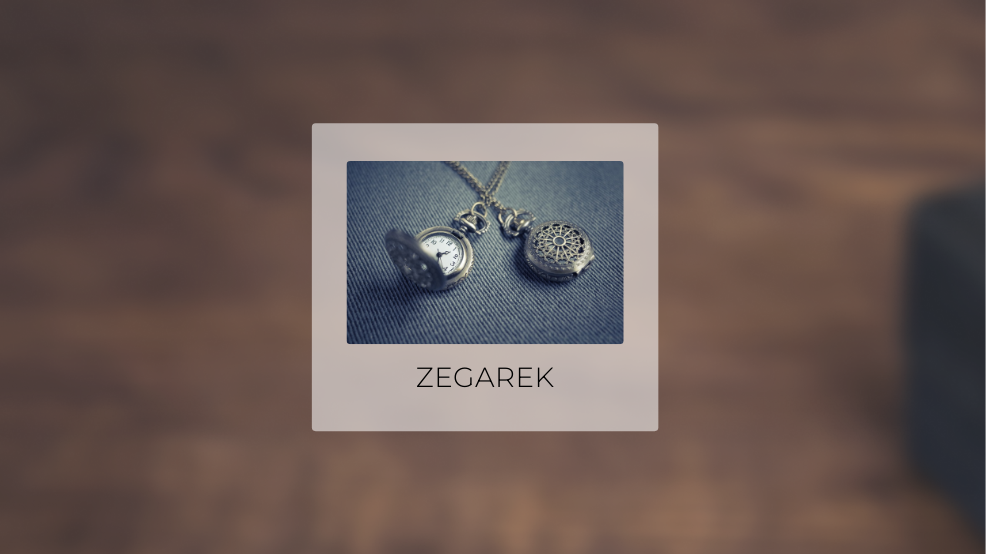
Repository: Rickardo198/prezent
Page: index.html
These files come from the project's save history. The page is drawn as it stood at one moment and after the next save; the edit follows.
The browser window is 1280 px wide. The pictures show the whole page, at 77% of full size.

Above is the page before, as saved 2020-10-25 21:22:54.

### index.html
<!DOCTYPE HTML>
<html>
<head>
    <title>Wszystkiego najlepszego!</title>
    <meta charset="utf-8">
    <style>
        @import url('https://fonts.googleapis.com/css2?family=Montserrat:wght@300&display=swap');
        *{
            margin: 0;
            padding: 0;
        }
        body{
            width: calc(100vw - 20px);
            height: 100vh;
            background: url("bg.png");
            box-sizing: border-box;
            font-family: 'Montserrat', sans-serif;
            display: flex;
            align-items: center;
            justify-content: center;
        }
        .wrapper{
            max-width: 1200px;
            display: flex;
            flex-flow: row wrap;
            align-items: center;
            align-items: center;
        }
        .cardWrapper{
            width: 450px;
            height: 400px;
            position: relative;
            display: flex;
            flex-direction: column;
            align-items: center;
            justify-content: center;

        }
        .bgWrapper{
            width: 100%;
            height: 100%;
            position: absolute;
            top:0;
            left: 0;
            background: rgba(255, 255, 255, .55);
            filter: blur(30);
            z-index: -1;
            border-radius: 5px;
        }
        .wrapperImg{
            width: 80%;
            border-radius: 5px;
        }
        .wrapperTitle{
            margin-top: 20px;
            font-size: 36px;
            letter-spacing: .6px;
        }
    </style>
</head>
<body>
    <div class="wrapper">
        <div class="cardWrapper">
            <div class="bgWrapper"></div>
            <img src="img.png" alt="obrazki" class="wrapperImg">
            <p class="wrapperTitle">ZEGAREK</p>
        </div>
    </div>
</body>
</html>

After the next save:
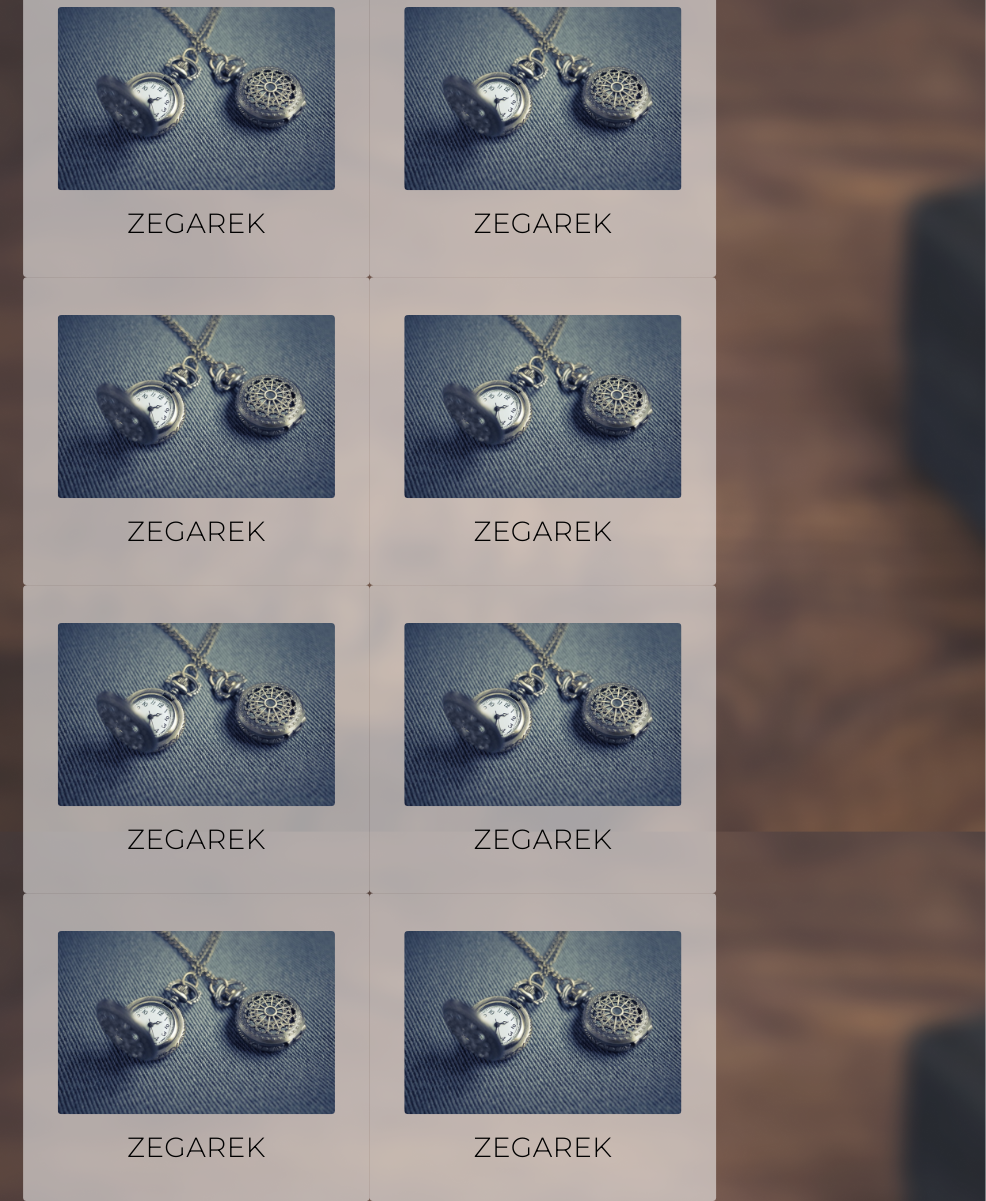
Saved 51 s later.
--- a/index.html
+++ b/index.html
@@ -65,6 +65,58 @@
             <img src="img.png" alt="obrazki" class="wrapperImg">
             <p class="wrapperTitle">ZEGAREK</p>
         </div>
+        <div class="cardWrapper">
+            <div class="bgWrapper"></div>
+            <img src="img.png" alt="obrazki" class="wrapperImg">
+            <p class="wrapperTitle">ZEGAREK</p>
+        </div>
+        <div class="cardWrapper">
+            <div class="bgWrapper"></div>
+            <img src="img.png" alt="obrazki" class="wrapperImg">
+            <p class="wrapperTitle">ZEGAREK</p>
+        </div>
+        <div class="cardWrapper">
+            <div class="bgWrapper"></div>
+            <img src="img.png" alt="obrazki" class="wrapperImg">
+            <p class="wrapperTitle">ZEGAREK</p>
+        </div>
+        <div class="cardWrapper">
+            <div class="bgWrapper"></div>
+            <img src="img.png" alt="obrazki" class="wrapperImg">
+            <p class="wrapperTitle">ZEGAREK</p>
+        </div>
+        <div class="cardWrapper">
+            <div class="bgWrapper"></div>
+            <img src="img.png" alt="obrazki" class="wrapperImg">
+            <p class="wrapperTitle">ZEGAREK</p>
+        </div>
+        <div class="cardWrapper">
+            <div class="bgWrapper"></div>
+            <img src="img.png" alt="obrazki" class="wrapperImg">
+            <p class="wrapperTitle">ZEGAREK</p>
+        </div>
+        <div class="cardWrapper">
+            <div class="bgWrapper"></div>
+            <img src="img.png" alt="obrazki" class="wrapperImg">
+            <p class="wrapperTitle">ZEGAREK</p>
+        </div>
+        <div class="cardWrapper">
+            <div class="bgWrapper"></div>
+            <img src="img.png" alt="obrazki" class="wrapperImg">
+            <p class="wrapperTitle">ZEGAREK</p>
+        </div>        <div class="cardWrapper">
+            <div class="bgWrapper"></div>
+            <img src="img.png" alt="obrazki" class="wrapperImg">
+            <p class="wrapperTitle">ZEGAREK</p>
+        </div>        <div class="cardWrapper">
+            <div class="bgWrapper"></div>
+            <img src="img.png" alt="obrazki" class="wrapperImg">
+            <p class="wrapperTitle">ZEGAREK</p>
+        </div>        <div class="cardWrapper">
+            <div class="bgWrapper"></div>
+            <img src="img.png" alt="obrazki" class="wrapperImg">
+            <p class="wrapperTitle">ZEGAREK</p>
+        </div>
     </div>
 </body>
 </html>
